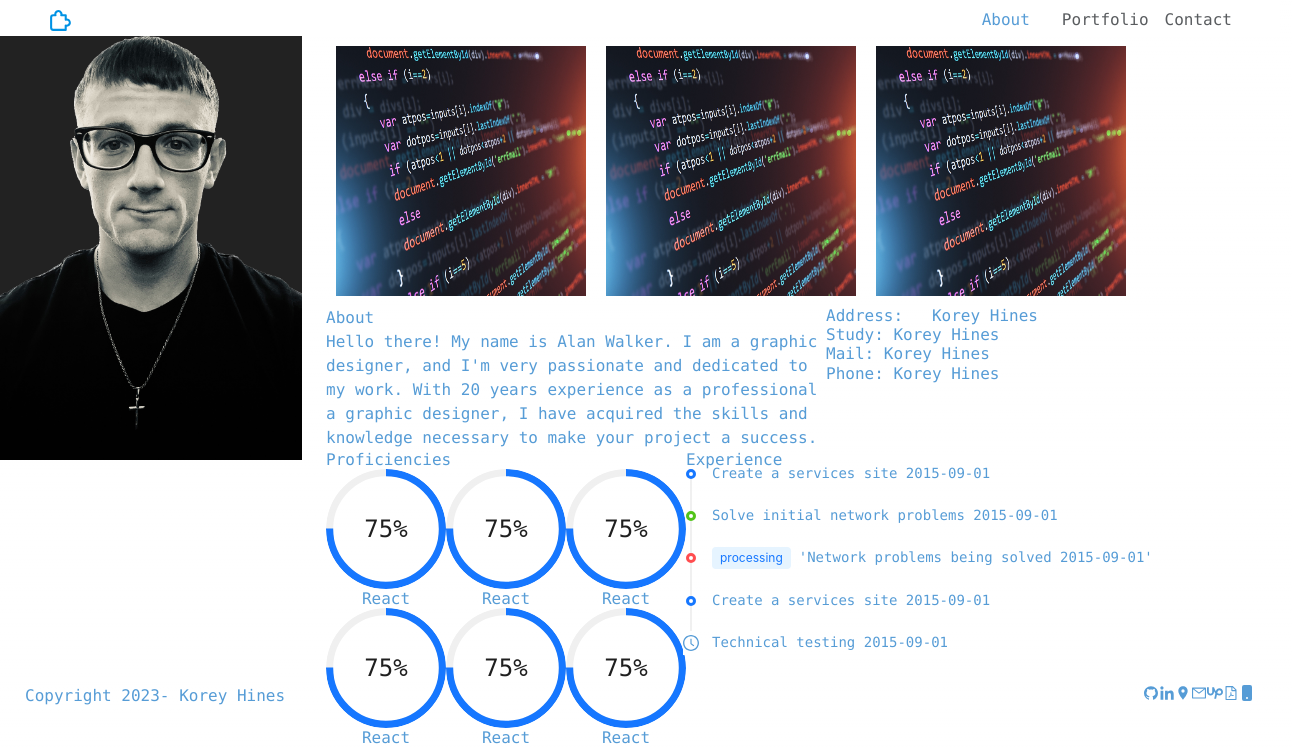
Repository: devkthines/next-portfolio-v2
Page: /about
An editor plug-in stored every save of this project. The page is shown before and after the next save, followed by the edit.
The browser window is 1280 px wide. The page is 1292 px wide, so the pictures cover 1292 px, including what lies to the right of the window. The pictures show the whole page.
The project was rebuilt for these pictures with package versions that can differ from the ones it lists, and the page was loaded fresh each time. The framework's server and built-in components were replaced by stand-ins that run in the browser. Also part of the build but not shown: next.config.js.

Above is the page before, as saved 2023-09-25 22:20:36.

### src/app/layout.tsx
import 'bootstrap/dist/css/bootstrap.css';
import './globals.css'
import '../../css/style.css'
import '../../css/mobile.css'
import type { Metadata } from 'next'
import { Inter } from 'next/font/google'
import TopNav from './components/topNav'
import Footer from './components/footer'
import BottomNav from './components/bottomNav'
// Put any other imports below so that CSS from your
// components takes precedence over default styles.
const inter = Inter({ subsets: ['latin'] })

export const metadata: Metadata = {
  title: "&lt;Korey ❤️ Coding/&gt;",
  description: 'Generated by create next app',
  icons: '/puzzle-piece.svg'
}

export default function RootLayout({
  children,
}: {
  children: React.ReactNode
}) {
  return (
    <html lang="en">
      <head>
        <link rel="shortcut icon" href="/puzzle-piece.svg" type="image/x-icon" />
      </head>
      <body className={inter.className}>
        <TopNav />
        {children}
        <Footer />
        <BottomNav />
      </body>
    </html>
  )
}

### src/app/about/page.js
'use client'
import Container from 'react-bootstrap/Container';
import Row from 'react-bootstrap/Row';
import Col from 'react-bootstrap/Col';
import Button from 'react-bootstrap/Button';
import Card from 'react-bootstrap/Card';
import { Progress, Space } from 'antd';
import { ClockCircleOutlined } from '@ant-design/icons';
import { Timeline } from 'antd';
import Image from 'next/image';
import { Descriptions } from 'antd';
import { Divider, Tag } from 'antd'
import { CaretRightOutlined } from '@ant-design/icons'
const items = [
  {
    key: '1',
    label: 'Name',
    children: 'Zhou Maomao',
  },
  {
    key: '2',
    label: 'Telephone',
    children: '209-366-9363',
  },
  {
    key: '3',
    label: 'Study',
    children: 'Software Engineering',
  },
  {
    key: '4',
    label: 'email',
    children: 'dev.kthines@gmail.com',
  },
  {
    key: '5',
    label: 'Address',
    children: 'Lodi, CA',
  },
];




export default function About() {

  return (
    <div id='about'>

      <Row>

        <Col xs={3} id=''>
          <img variant="top" id='aboutImg' src='/images/IMG-update.jpg' /> </Col>
        <Col xs={9}>
          <div>
            <div id='aboutImgs' className='d-flex'>
              <img className='aboutImgs' src="/images/webstorm-vs-vscode.jpeg" alt="" />
              <img className='aboutImgs' src="/images/webstorm-vs-vscode.jpeg" alt="" />
              <img className='aboutImgs' src="/images/webstorm-vs-vscode.jpeg" alt="" />
            </div>
            <div className='d-flex'>
              <div id='abouttext'>
                <span className='spanabout'>About</span>
                <p>Hello there! My name is Alan Walker. I am
                  a graphic designer, and I'm very passionate and dedicated to my work.
                  With 20 years experience as a professional a graphic designer,
                  I have acquired the skills and knowledge necessary to make your project a success.</p>
              </div>
              <div>
                <ul> <h6>Address: &nbsp;  Korey Hines</h6>
                <h6>Study:  Korey Hines</h6>
                <h6>Mail:  Korey Hines</h6>
                <h6>Phone:  Korey Hines</h6>
                </ul>

              </div>
            </div>
            <div id='' className='d-flex'>
              <div>
                <h1>Proficiencies</h1>
                <div className='d-flex'>
                  <div className='text-center'><Progress strokeLinecap="butt" type="circle" percent={75} /><h6>React</h6></div>
                  <div className='text-center'><Progress strokeLinecap="butt" type="circle" percent={75} /><h6>React</h6></div>
                  <div className='text-center'><Progress strokeLinecap="butt" type="circle" percent={75} /><h6>React</h6></div>
                </div>
                <div className='d-flex'>
                  <div className='text-center'><Progress strokeLinecap="butt" type="circle" percent={75} /><h6>React</h6></div>
                  <div className='text-center'><Progress strokeLinecap="butt" type="circle" percent={75} /><h6>React</h6></div>
                  <div className='text-center'><Progress strokeLinecap="butt" type="circle" percent={75} /><h6>React</h6></div>
                </div>
              </div>
              <div>
                <h1>Experience</h1>
                <Timeline
                  // mode="alternate"
                  items={[
                    {
                      children: 'Create a services site 2015-09-01',
                    },
                    {
                      children: 'Solve initial network problems 2015-09-01',
                      color: 'green',
                    },
                    {
                      color: 'red',
                      children: <><Tag bordered={false} color="processing">
                        processing
                      </Tag>'Network problems being solved 2015-09-01'</>,
                    },
                    {
                      children: 'Create a services site 2015-09-01',
                    },
                    {
                      dot: <ClockCircleOutlined style={{ fontSize: '16px' }} />,
                      children: 'Technical testing 2015-09-01',
                    },
                  ]}
                />
              </div>
              <div>
                </div>
                </div>
           </div>
              </Col>


            </Row>

          </div>
          )
}

### css/style.css
* {
    box-sizing: border-box;
    margin: 0;
    padding: 0;
    font-family: Consolas, "Courier New", monospace;
    /* background-color: #222222; */
    color: #569cd6;

}

body {
    background-color: white;
}

.infoSection {
    /* width: 80vw; */
    height: 90vh;
    /* display: flex; */
    /* justify-content: center; */
    /* margin-bottom: 20vh; */
    background-color: #222222;
    border-bottom: 3px solid #569cd6;
}

#infoCol {
    display: flex;
    justify-content: center;
}

.aboutSection {
    /* width: 80vw; */
    padding-top: 100px;
    /* height: 70vh; */
    background: linear-gradient(#222222, rgb(24, 24, 24));
}

#portrait {
    width: 40vw;
    height: 80vh;
    /* border-radius: 0 0 2rem 2rem; */
}

#portraitCol {
    display: flex;
    justify-content: center;
}

#portrait:hover {
    transform: rotateX(180deg);
}

.imgTest {
    margin: 10px;
}

.imgTest:active {
    flex-grow: 10000;
    transform: scale(1);

    max-width: 600px;
    margin: 0px;
    border-radius: 40px;

    background-size: auto 100%;
}

.tab-content {
    height: 100% !important;
    margin-left: 25% !important;
}

/* .color-change{
    background-color: greenyellow;
} */
.noShow {
    display: none;
}

.buttonShow {
    display: block;
}

#tile1 {
    width: 700px;
    height: 500px;
}

#experience {
    padding-top: 50px;
    height: auto;
}

main {
    display: flex;
    flex-direction: column;
    justify-content: center;
    align-items: center;
}

.middle {
    transition: .5s ease;
    opacity: 0;
    position: absolute;
    top: 50%;
    left: 50%;
    transform: translate(-50%, -50%);
    -ms-transform: translate(-50%, -50%);
    text-align: center;
}

#imageTile1 {
    position: relative;
    width: 40vw;
    height: 70vh;
}

#tile1 {
    width: 100%;
    height: 100%;
}

#imageTile1:hover #tile1 {
    opacity: 0.3;
}

#imageTile1:hover .middle {
    opacity: 1;
}

.text {
    background-color: #04AA6D;
    color: white;
    font-size: 16px;
    padding: 16px 32px;
}

#no-expand {
    display: none;

}

#expandIt {
    display: block;
}

.no-Display {
    display: none;
}

.okToDisplay {
    display: block;
}

a.nav-link {
    color: #569cd6;
}


#topNav {
    background-color: white;
    display: none;
    /* position: fixed; */
    /* top: 0; */
    width: 100%;
    height: 5vh;
}

#footer {
    display: flex;
    justify-content: space-between;
    padding: 0 25px;
}

#bottomNav {
    display: flex;
    position: fixed;
    bottom: 0;
    width: 100%;
    background-color: white;
    font-size: 16px;
}
#about{
    /* margin-top: 10vh; */
    height: 90vh;
    /* overflow: hidden; */
}

#aboutImg{
    width: 400px;
    /* height: ; */
    /* padding: 15px 15px 30px; */
}
#aboutcard{
    box-shadow: 0 4px 6px rgba(0, 0, 0, .3);
    /* height: fit-content; */
    /* width: 400px; */

}
.interests{
    width: 200px;
    height: 300px;
}
.interestImg{
    width: 200px;
    height: 200px;
}
#abtTop{
    height: 45vh;
}
#abtBtm{
    height: 45vh;
}
#abtLeft{
    /* width: 25vw; */
}
#abtRight{
    /* width: 75vw; */
}
.aboutImgs{
    width: 250px;
    height: 250px;
    margin: 10px;
}
#aboutImgs{

}
.spanabout ::after{
margin-left: 25px;
width: 5000px;
height: 1px;
background-color: #7d7789;
left: 100%;
top: 50%;
}
#abouttext{
width: 500px;
}

### css/mobile.css
@media screen and (min-width: 640px){

    /* background-color: green!important; */
    #portrait{
        width: 500px;
        height: 500px;
        /* border-radius: 0 0 2rem 2rem; */

    }

main{
    /* color: white!important; */
}
}
@media screen and (min-width: 768px){
#portraitCol{

    justify-content: start;
}
#infoCol{
    justify-content: end;
    /* text-align: end; */
}
}
@media screen and (min-width: 1024px){
    #portrait{
        width: 600px;
        height: 600px;
        /* border-radius: 0 0 2rem 2rem; */
    }
    #topNav{
        display:flex ;
    }
    #bottomNav{
        display: none;
    }
}
@media screen and (min-width: 1280px){

}
@media screen and (min-width: 1536px){

}

### src/app/components/topNav.js
'use client';
import Nav from 'react-bootstrap/Nav';
import Image from 'next/image';


export default function TopNav(){

    return(
        <header>
        {/* <Navbar id='topNav' className={`${color ? 'color-change' : ''}`} sticky='top' expand="lg" > */}

        <Nav id='topNav' variant="underline" defaultActiveKey="/home" className='d-flex justify-content-between'>
       <div className='ms-5'><Nav.Item>
          <Nav.Link href="/"><Image width={25} height={25} id='navbrand' src="/puzzle-piece.svg" alt="" /></Nav.Link>
        </Nav.Item></div>
        <div className='d-flex me-5'><Nav.Item className='px-3'>
          <Nav.Link href="/about">About</Nav.Link>
        </Nav.Item>
        <Nav.Item className='px-3'>
          <Nav.Link eventKey="disabled" disabled>
            Portfolio
          </Nav.Link>
        </Nav.Item>
        <Nav.Item>
          <Nav.Link eventKey="disabled" disabled>
            Contact
          </Nav.Link>
        </Nav.Item>
        </div>
      </Nav>
      </header>
    )
} ;

### src/app/components/footer.js
'use client'

import OverlayTrigger from 'react-bootstrap/OverlayTrigger';
import Card from 'react-bootstrap/Card';
import { AiFillGithub } from 'react-icons/ai';
import { GrLinkedinOption } from 'react-icons/gr';
import { MdVolunteerActivism } from 'react-icons/md';
import { IoLogoCss3 } from 'react-icons/io';
import { IoLogoJavascript } from 'react-icons/io';
import { CgGym } from 'react-icons/cg';
import { AiOutlineMail } from 'react-icons/ai';
import { AiOutlineFilePdf } from 'react-icons/ai';
import { BsFillPhoneFill } from 'react-icons/bs';
import { MdLocationOn } from 'react-icons/md';
import { SiUpwork } from 'react-icons/si';
// import PicOfMe from '/images/image_67220481.JPG'
import Container from 'react-bootstrap/Container';
import Row from 'react-bootstrap/Row';
import Col from 'react-bootstrap/Col';
import { useEffect } from 'react';
import Tooltip from 'react-bootstrap/Tooltip';
import $ from 'jquery'

 export default function Footer(){
    const btnName = {
        'gitHub': {
          'id': 1,
          "placement": "bottom",
          "info": "gitHub",
          "icon": <a href="https://github.com/devkthines" target='_blank'>
            <button className='quickLinks'><AiFillGithub /></button></a>
        },
        'linkedIn': {
          'id': 2,
          "placement": "bottom",
          "info": "linkedIn",
          "icon": <a href="https://www.linkedin.com/in/korey-hines-17b0a9263" target='_blank'><button className='quickLinks'><GrLinkedinOption />
          </button></a>
        },
        'gMaps': {
          'id': 3,
          "placement": "bottom",
          "info": "gMaps",
          "icon": <a href="https://goo.gl/maps/BovFkBEjUMQ6VBob9" target='_blank'>
            <button className='quickLinks'><MdLocationOn /></button></a>
        },
        'gMail': {
          'id': 4,
          "placement": "bottom",
          "info": "gMail",
          "icon": <a href="mailto:dev.kthines@gmail.com"><button className='quickLinks'><AiOutlineMail /></button></a>
        },
        'upWork': {
          'id': 5,
          "placement": "bottom",
          "info": "upWork",
          "icon": <a href="https://www.upwork.com/freelancers/~01ae4feb16c6fa7213?viewMode=1" target='_blank'>
            <button className='quickLinks'><SiUpwork /></button></a>
        },
        'redPDF': {
          'id': 6,
          "placement": "bottom",
          "info": "resume",
          "icon": <a className='aLink' target="_blank" href="/files/hinesResume.pdf">
            <button className='quickLinks'><AiOutlineFilePdf /></button></a>
        },
        'phone': {
          'id': 7,
          "placement": "bottom",
          "info": "phone",
          "icon": <a href="tel:2093669363" >  <button className='quickLinks'><BsFillPhoneFill /></button></a>
        }
      }
    return(
        <>
        <footer id='footer'><p>Copyright 2023- Korey Hines</p>
       <div> {Object.entries(btnName).map(([k, v]) => (
                <div className='d-inline-block' key={v.id}>
                  <OverlayTrigger
                    trigger="hover"
                    key={v.id}
                    placement={v.placement}
                    overlay={

                      <Tooltip id={`tooltip-${v.placement}`}>
                        {v.info}
                      </Tooltip>
                    }
                  >
                    {v.icon}
                  </OverlayTrigger>
                </div>))}
</div>
        </footer>
        </>
    )
 }

### src/app/components/bottomNav.js
'use client'
import Nav from 'react-bootstrap/Nav';
import Image from 'next/image';
export default function BottomNav(){

    return(
        <>
        <Nav id='bottomNav' className="justify-content-center" activeKey="/home">
        <Nav.Item>
          <Nav.Link href="/"><Image width={25} height={25} id='navbrand' src="/puzzle-piece.svg" alt="" /></Nav.Link>
        </Nav.Item>
        <Nav.Item>
          <Nav.Link eventKey="link-1">About</Nav.Link>
        </Nav.Item>
        <Nav.Item>
          <Nav.Link eventKey="link-2">Portfolio</Nav.Link>
        </Nav.Item>
        <Nav.Item>
          <Nav.Link eventKey="disabled" disabled>
            Contact
          </Nav.Link>
        </Nav.Item>
      </Nav>
        </>
    )
}

Loaded but not shown: src/app/globals.css (common file); tailwind.config.ts (common file)

After the next save:
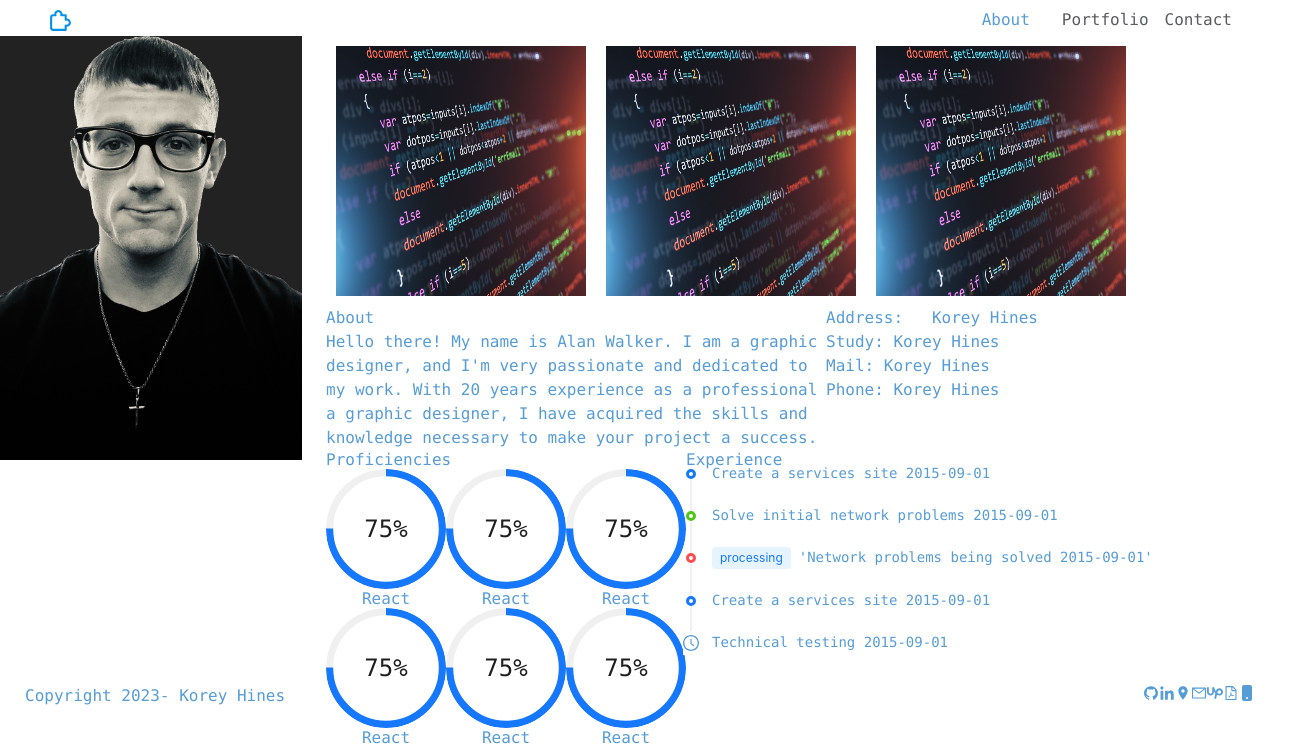
Saved 38 s later.
--- a/src/app/about/page.js
+++ b/src/app/about/page.js
@@ -67,10 +67,10 @@ export default function About() {
                   I have acquired the skills and knowledge necessary to make your project a success.</p>
               </div>
               <div>
-                <ul> <h6>Address: &nbsp;  Korey Hines</h6>
-                <h6>Study:  Korey Hines</h6>
-                <h6>Mail:  Korey Hines</h6>
-                <h6>Phone:  Korey Hines</h6>
+                <ul> <li>Address: &nbsp;  Korey Hines</li>
+                <li>Study:  Korey Hines</li>
+                <li>Mail:  Korey Hines</li>
+                <li>Phone:  Korey Hines</li>
                 </ul>
 
               </div>
